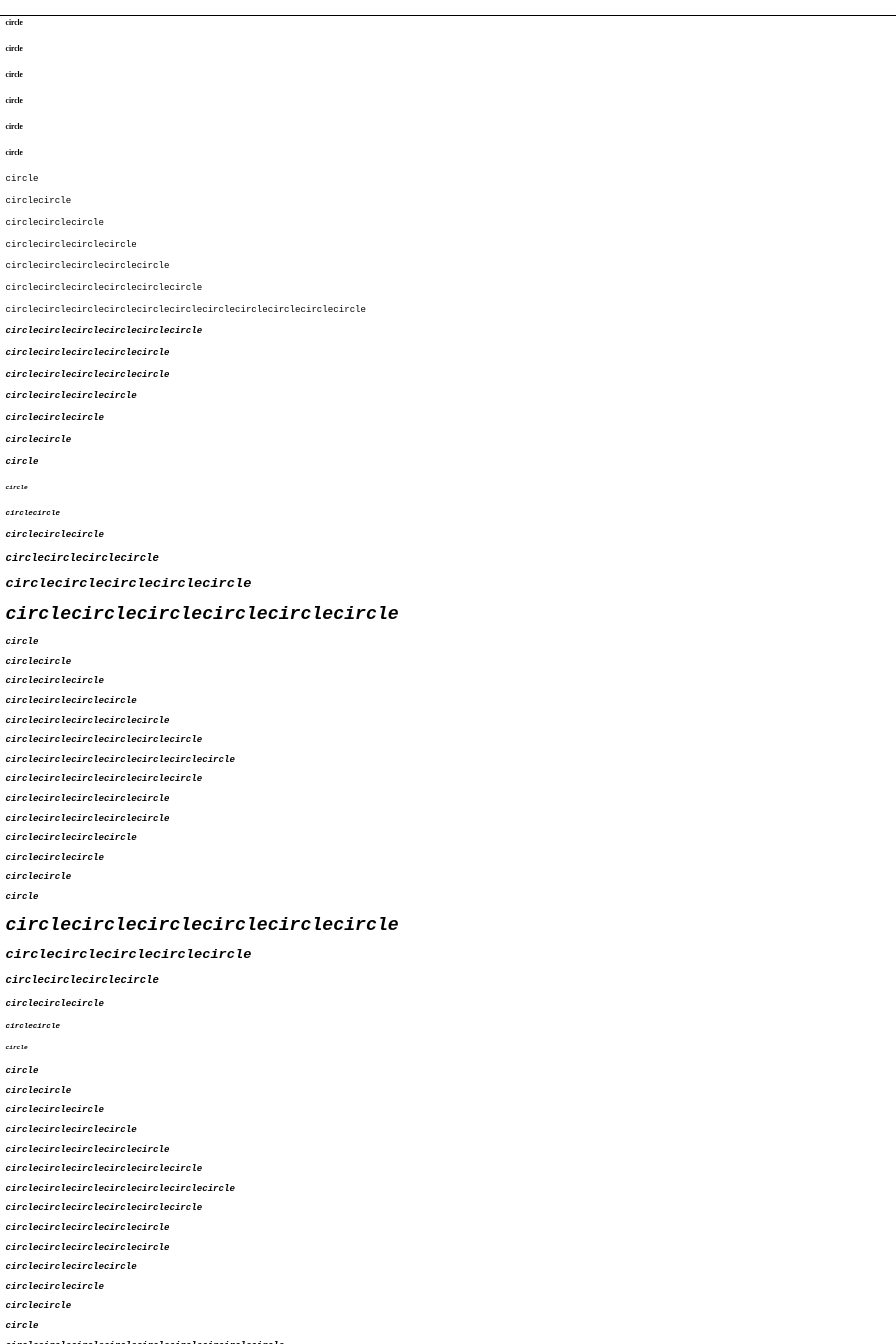
Repository: parkh899/parkh899.github.io
Page: project-name/index.html
The author's editor kept a record of every edit. The page is drawn from the files as they stood at one moment, then again after the next edit.
The browser window is 1280 px wide. The pictures show the part of the page from y = 343 to 2263 px (the page is 2457 px tall before and 2605 px after), at 70% of full size.

Above is the page before.

After the next edit:
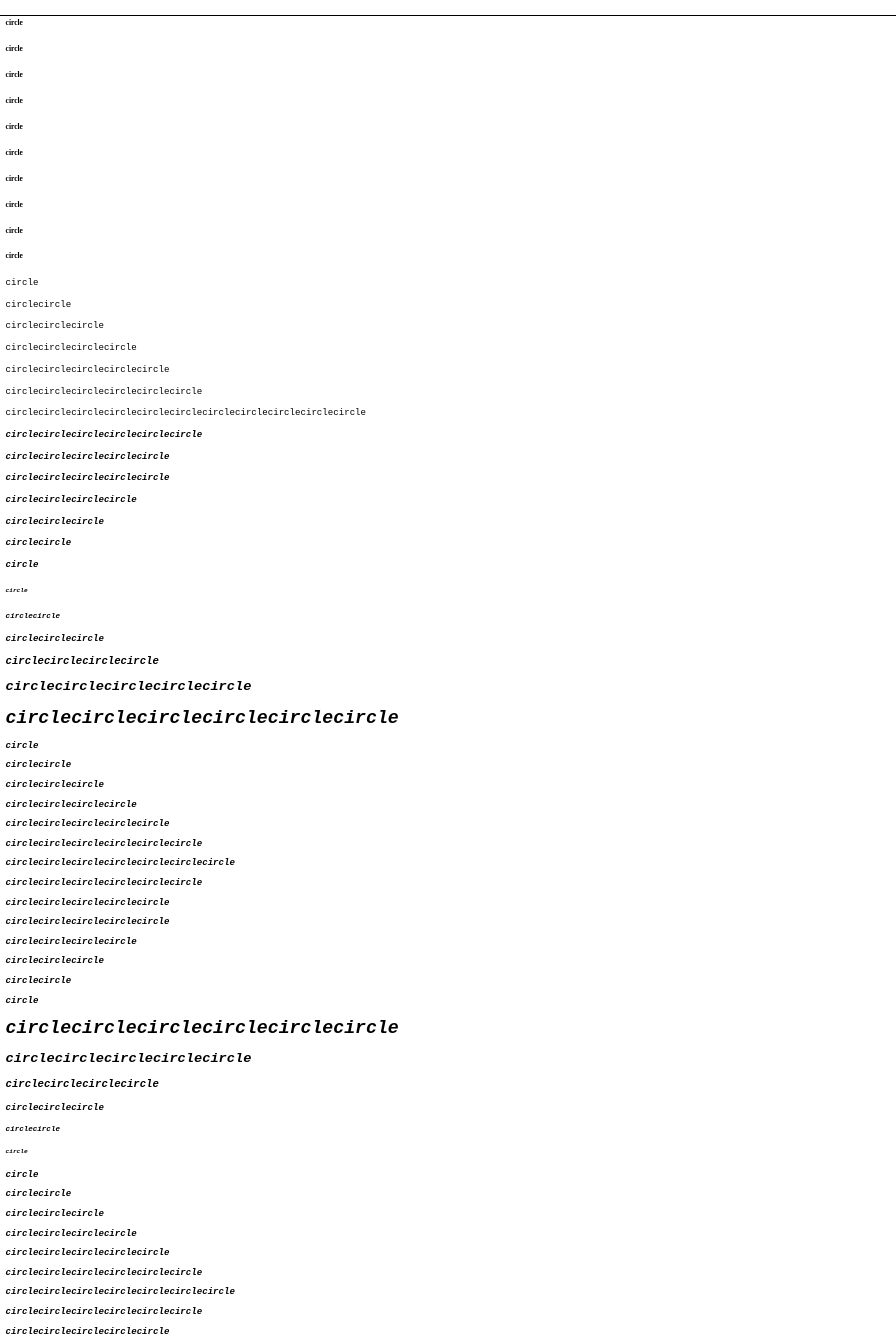
The edit:
--- a/project-name/index.html
+++ b/project-name/index.html
@@ -17,6 +17,10 @@
 <h3>circlecirclecirclecircle</h3>
 <h4>circlecirclecircle</h4>
 <h5>circlecircle</h5>
+<h6>circle</h6>
+<h6>circle</h6>
+<h6>circle</h6>
+<h6>circle</h6>
 <h6>circle</h6>
 <h6>circle</h6>
 <h6>circle</h6>
